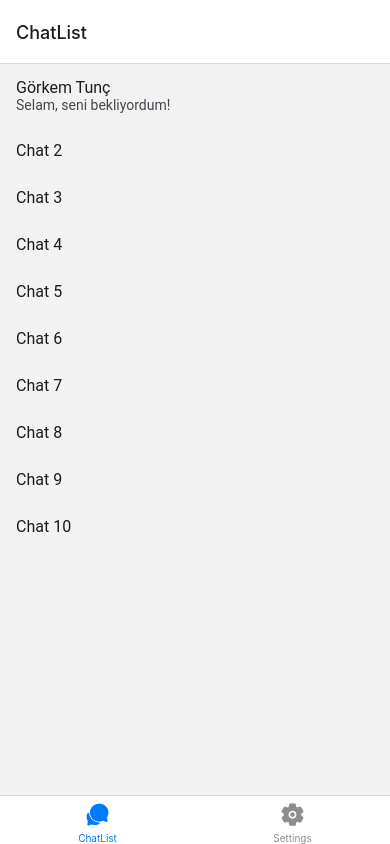
Repository: hgorkemtunc/React-Native-Chat-App
Screen: /
The author's editor kept a copy of each file at every save. The screen is drawn from the files as they stood at one save, then again after the next save.
The app was drawn by React Native's web renderer in a window 390 px wide. The project was rebuilt for these pictures with package versions that can differ from the ones it lists, and the page was loaded fresh each time. Also part of the build but not shown: screens/Chat.js, screens/SignIn.js, screens/SignUp.js, screens/Settings.js.

Above is the screen before, as saved 2023-03-18 15:38:42.

After the next save:
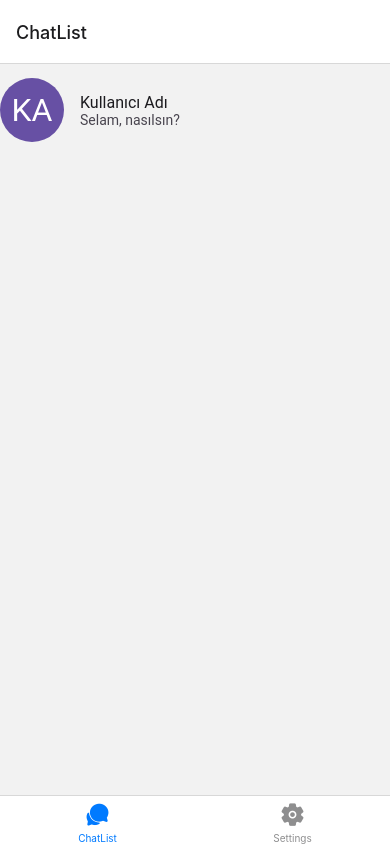
Saved 88 s later.
--- a/screens/ChatList.js
+++ b/screens/ChatList.js
@@ -1,20 +1,11 @@
 import React from "react";
 import {Text, View} from "react-native";
-import {List} from "react-native-paper";
+import {List, Avatar} from "react-native-paper";
 
 const ChatList = () => {
     return (
         <View>
-            <List.Item title="Görkem Tunç" description="Selam, seni bekliyordum!"/>
-            <List.Item title="Chat 2" />
-            <List.Item title="Chat 3" />
-            <List.Item title="Chat 4" />
-            <List.Item title="Chat 5" />
-            <List.Item title="Chat 6" />
-            <List.Item title="Chat 7" />
-            <List.Item title="Chat 8" />
-            <List.Item title="Chat 9" />
-            <List.Item title="Chat 10" />
+            <List.Item title="Kullanıcı Adı" description="Selam, nasılsın?" left={() => <Avatar.Text label="KA"/>}/>
         </View>
     );
 };
